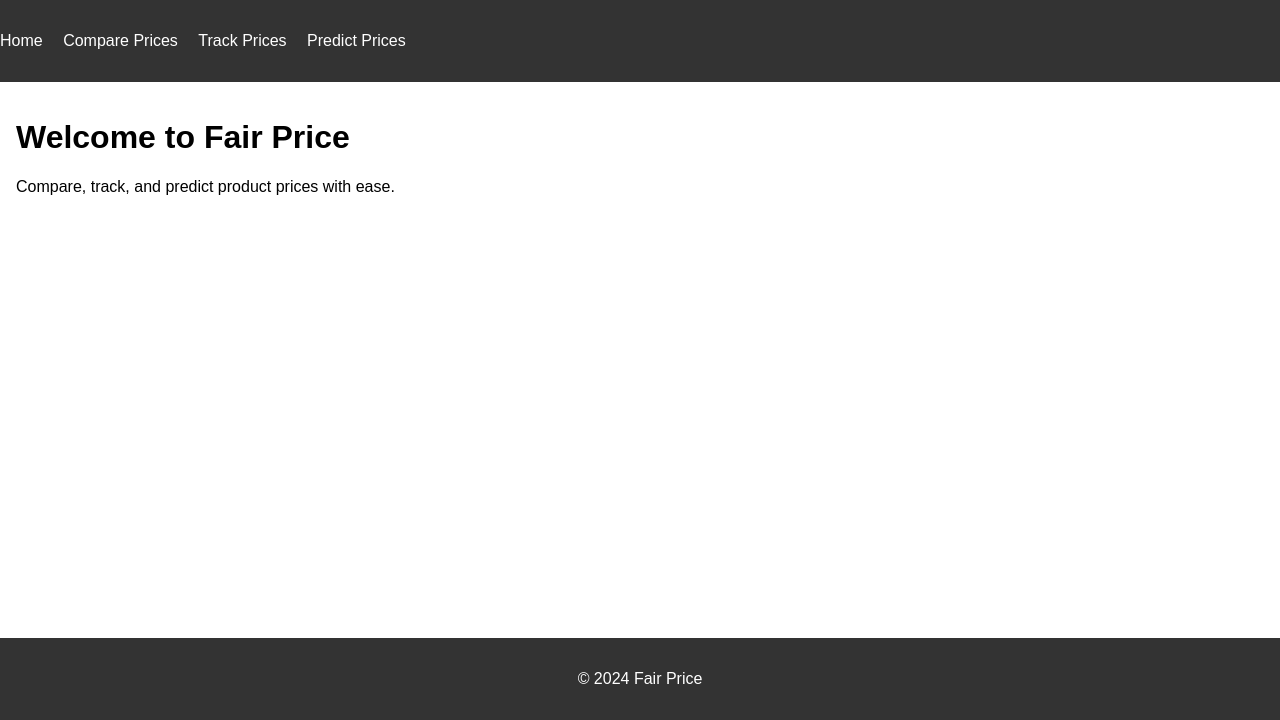
Repository: KanmegneTabouguie/Fairprice
Page: http://localhost/
An editor plug-in stored every save of this project. The page is shown before and after the next save, followed by the edit.
The browser window is 1280 px wide. The pictures show the whole page.
The page is served by the project's application, run on Flask 3 (main.py).

Above is the page before, as saved 2024-06-27 10:45:22.

### templates/home.html
{% extends "base.html" %}
{% block content %}
<h1>Welcome to Fair Price</h1>
<p>Compare, track, and predict product prices with ease.</p>
{% endblock %}

### templates/base.html
<!DOCTYPE html>
<html lang="en">
<head>
    <meta charset="UTF-8">
    <meta name="viewport" content="width=device-width, initial-scale=1.0">
    <title>{{ title }}</title>
    <link rel="stylesheet" href="{{ url_for('static', filename='styles.css') }}">
</head>
<body>
    <header>
        <nav>
            <ul>
                <li><a href="{{ url_for('home') }}">Home</a></li>
                <li><a href="{{ url_for('compare_prices') }}">Compare Prices</a></li>
                <li><a href="{{ url_for('track_price') }}">Track Prices</a></li>
                <li><a href="{{ url_for('predict_price') }}">Predict Prices</a></li>
            </ul>
        </nav>
    </header>
    <main>
        {% with messages = get_flashed_messages(with_categories=true) %}
            {% if messages %}
                <ul class="flashes">
                {% for category, message in messages %}
                    <li class="{{ category }}">{{ message }}</li>
                {% endfor %}
                </ul>
            {% endif %}
        {% endwith %}
        {% block content %}{% endblock %}
    </main>
    <footer>
        <p>&copy; 2024 Fair Price</p>
    </footer>
</body>
</html>

### main.py
from flask import Flask, jsonify, request, render_template, redirect, url_for, flash
from flask_sqlalchemy import SQLAlchemy
from flask_migrate import Migrate
import requests
import datetime
import numpy as np
from sklearn.preprocessing import MinMaxScaler
from keras.models import Sequential
from keras.layers import Dense, LSTM

app = Flask(__name__)
app.config['SQLALCHEMY_DATABASE_URI'] = 'sqlite:///prices.db'
app.config['SQLALCHEMY_TRACK_MODIFICATIONS'] = False
app.config['SECRET_KEY'] = 'your_secret_key'
db = SQLAlchemy(app)
migrate = Migrate(app, db)

SERP_API_KEY = 'f89c9cc417e54bc265889dc64de7a0311943c49a466610515ebd2d898426ce1b'

class PriceHistory(db.Model):
    id = db.Column(db.Integer, primary_key=True)
    product = db.Column(db.String(100), nullable=False)
    price = db.Column(db.Float, nullable=False)
    timestamp = db.Column(db.DateTime, default=datetime.datetime.utcnow)

with app.app_context():
    db.create_all()

def fetch_prices(query):
    url = f"https://serpapi.com/search.json?engine=google&q={query}&api_key={SERP_API_KEY}"
    response = requests.get(url)
    data = response.json()
    prices = []
    for result in data.get('shopping_results', []):
        prices.append({
            'title': result['title'],
            'price': result['price'],
            'link': result['link'],
            'image': result['thumbnail'] if 'thumbnail' in result else ''
        })
    return prices

@app.route('/')
def home():
    return render_template('home.html')

@app.route('/compare_prices', methods=['GET'])
def compare_prices():
    query = request.args.get('query')
    prices = []
    if query:
        prices = fetch_prices(query)
    return render_template('compare.html', prices=prices, query=query)

@app.route('/track', methods=['GET', 'POST'])
def track_price():
    if request.method == 'POST':
        product = request.form['product']
        price = request.form['price']
        if product and price:
            new_price = PriceHistory(product=product, price=float(price))
            db.session.add(new_price)
            db.session.commit()
            flash("Price tracked successfully", "success")
        else:
            flash("Product and price are required", "danger")
    tracked_products = PriceHistory.query.distinct(PriceHistory.product).all()
    return render_template('track.html', tracked_products=tracked_products)

@app.route('/history/<product>', methods=['GET'])
def get_price_history(product):
    prices = PriceHistory.query.filter_by(product=product).all()
    if not prices:
        flash("Product not found", "danger")
        return redirect(url_for('track_price'))
    return render_template('history.html', product=product, prices=prices)

def prepare_data(prices):
    prices = np.array([p.price for p in prices]).reshape(-1, 1)
    scaler = MinMaxScaler(feature_range=(0, 1))
    prices = scaler.fit_transform(prices)
    X, y = [], []
    for i in range(3, len(prices)):
        X.append(prices[i-3:i, 0])
        y.append(prices[i, 0])
    X, y = np.array(X), np.array(y)
    X = np.reshape(X, (X.shape[0], X.shape[1], 1))
    return X, y, scaler

@app.route('/predict', methods=['GET', 'POST'])
def predict_price():
    if request.method == 'POST':
        product = request.form['product']
        prices = PriceHistory.query.filter_by(product=product).all()
        if not product or not prices:
            flash("Product not found or no price history available", "danger")
            return redirect(url_for('predict_price'))
        if len(prices) < 4:
            flash("Not enough data to make a prediction", "danger")
            return redirect(url_for('predict_price'))

        X, y, scaler = prepare_data(prices)

        model = Sequential()
        model.add(LSTM(units=50, return_sequences=True, input_shape=(X.shape[1], 1)))
        model.add(LSTM(units=50))
        model.add(Dense(1))
        model.compile(optimizer='adam', loss='mean_squared_error')
        model.fit(X, y, epochs=20, batch_size=1, verbose=0)

        last_prices = np.array([p.price for p in prices[-3:]]).reshape(-1, 1)
        last_prices = scaler.transform(last_prices)
        last_prices = np.reshape(last_prices, (1, last_prices.shape[0], 1))

        predicted_price = model.predict(last_prices)
        predicted_price = scaler.inverse_transform(predicted_price)[0][0]

        return render_template('predict.html', product=product, predicted_price=predicted_price)
    return render_template('predict_form.html')

if __name__ == '__main__':
    app.run(debug=True)

### static/styles.css
body {
    font-family: Arial, sans-serif;
    margin: 0;
    padding: 0;
    box-sizing: border-box;
}

header {
    background-color: #333;
    color: #fff;
    padding: 1em 0;
}

header nav ul {
    list-style-type: none;
    padding: 0;
}

header nav ul li {
    display: inline;
    margin-right: 1em;
}

header nav ul li a {
    color: #fff;
    text-decoration: none;
}

main {
    padding: 1em;
}

footer {
    background-color: #333;
    color: #fff;
    text-align: center;
    padding: 1em 0;
    position: absolute;
    bottom: 0;
    width: 100%;
}

.flashes {
    list-style-type: none;
    padding: 0;
}

.flashes li {
    margin-bottom: 1em;
    padding: 1em;
    border-radius: 5px;
}

.flashes .success {
    background-color: #d4edda;
    color: #155724;
}

.flashes .danger {
    background-color: #f8d7da;
    color: #721c24;
}

After the next save:
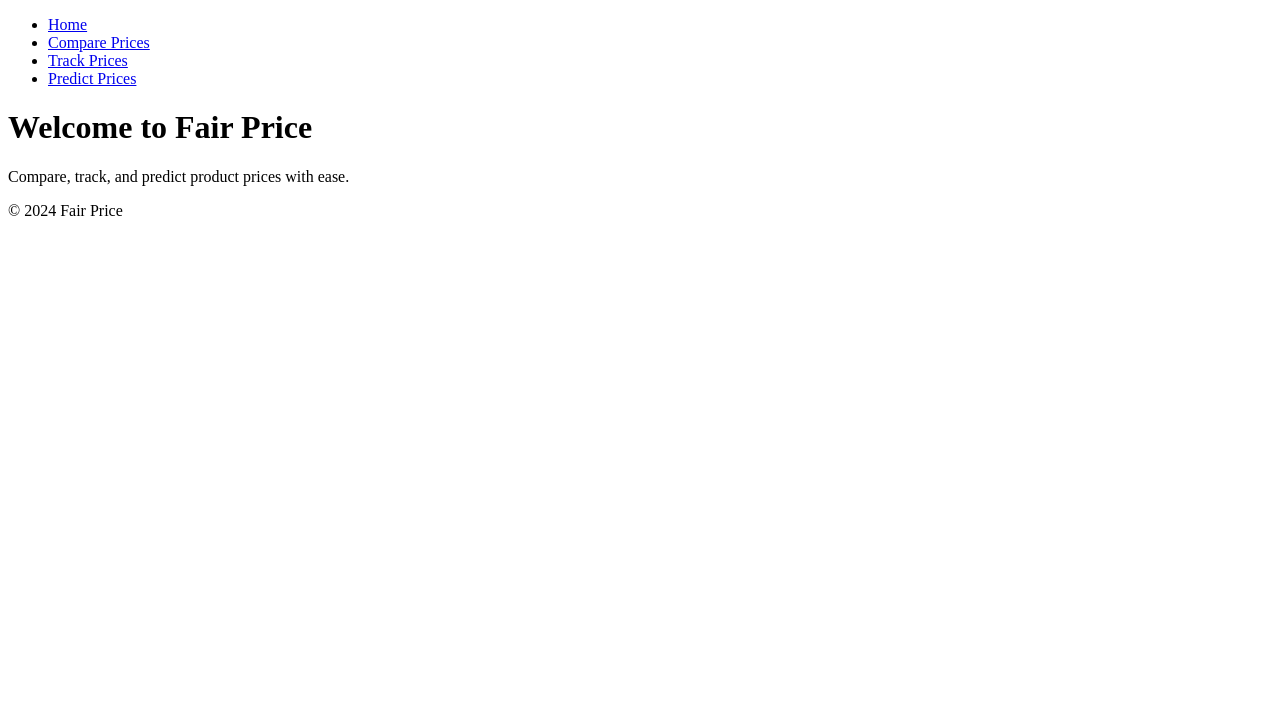
Not found: static/cstyles.css
Saved 2 min 3 s later.
--- a/templates/base.html
+++ b/templates/base.html
@@ -4,7 +4,7 @@
     <meta charset="UTF-8">
     <meta name="viewport" content="width=device-width, initial-scale=1.0">
     <title>{{ title }}</title>
-    <link rel="stylesheet" href="{{ url_for('static', filename='styles.css') }}">
+    <link rel="stylesheet" href="{{ url_for('static', filename='./cstyles.css') }}">
 </head>
 <body>
     <header>

After the save that followed:
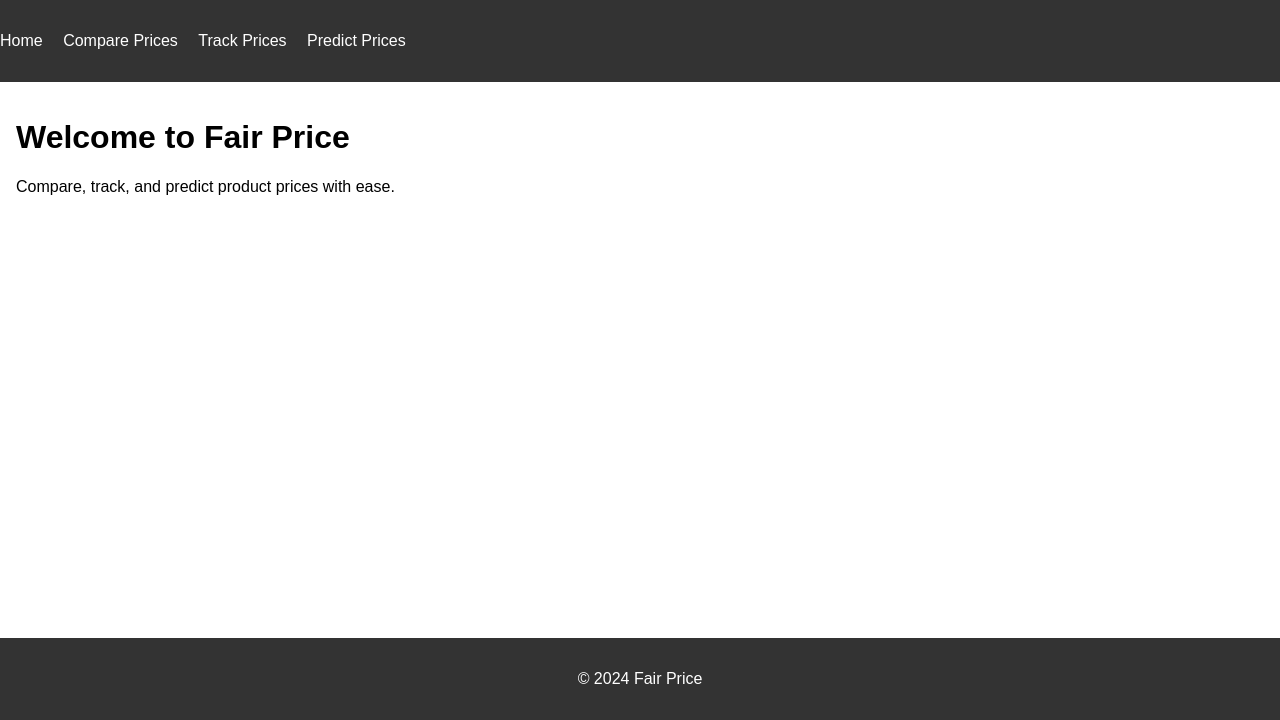
Saved 27 s later.
--- a/templates/base.html
+++ b/templates/base.html
@@ -4,7 +4,7 @@
     <meta charset="UTF-8">
     <meta name="viewport" content="width=device-width, initial-scale=1.0">
     <title>{{ title }}</title>
-    <link rel="stylesheet" href="{{ url_for('static', filename='./cstyles.css') }}">
+    <link rel="stylesheet" href="{{ url_for('static', filename='styles.css') }}">
 </head>
 <body>
     <header>
